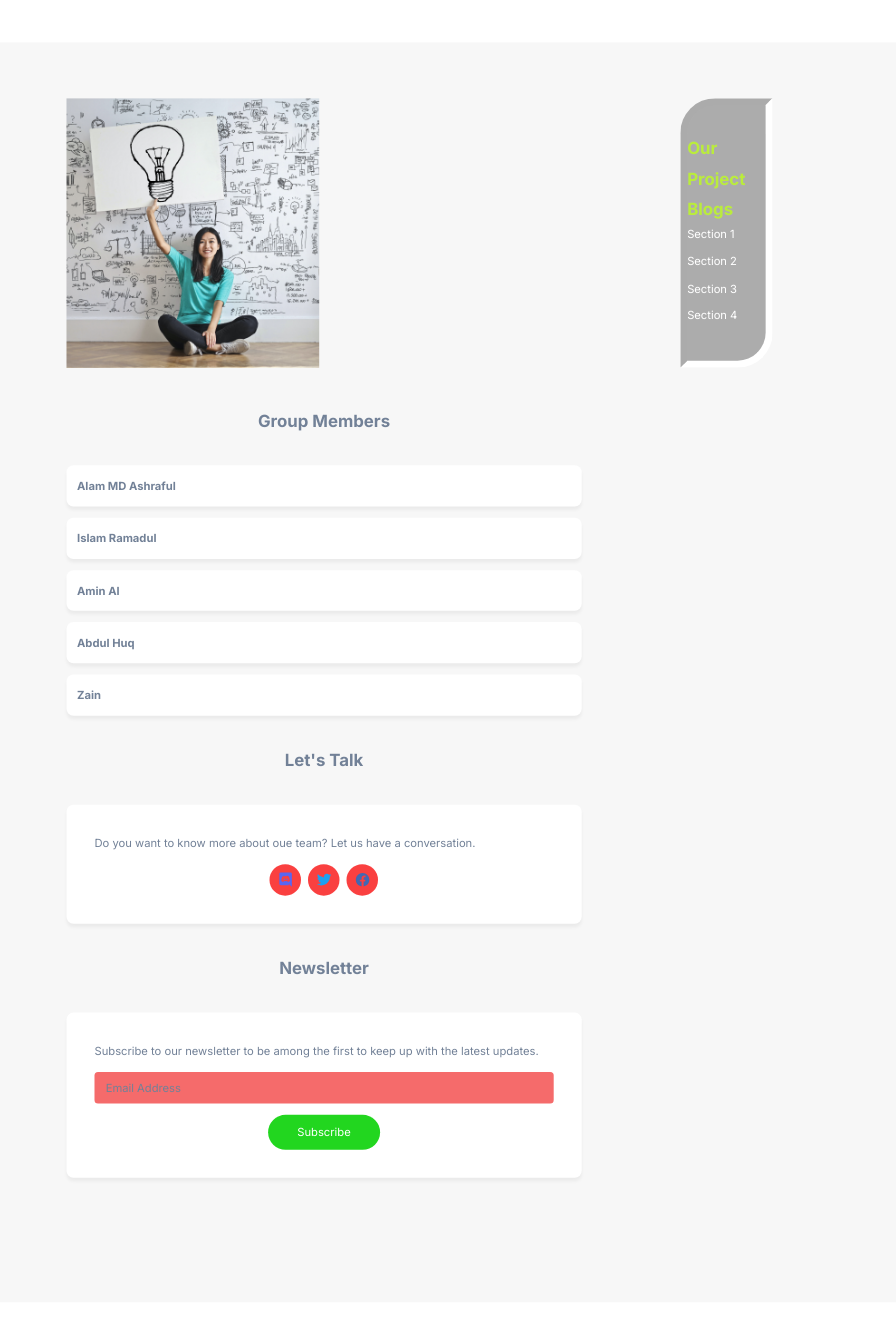
Repository: ramizraaz/zjuTeam
Page: main.html
The author's editor kept a copy of each file at every save. The page is drawn from the files as they stood at one save, then again after the next save.
The browser window is 1280 px wide. The pictures show the part of the page from y = 492 to 2392 px (the page is 2736 px tall before and 2435 px after), at 70% of full size.
A picture or video elsewhere on the page could not be fetched, so the positions and the page height are approximate.

Above is the page before, as saved 2023-10-22 21:35:56.

### main.html
<!DOCTYPE html>
<html lang="en">

<head>
    <meta charset="UTF-8">
    <meta http-equiv="X-UA-Compatible" content="IE=edge">
    <meta name="viewport" content="width=device-width, initial-scale=1.0">
    <title>Team IDE at Zju,NB</title>


    <!--custom css link -->
    <link rel="stylesheet" href="main.css">

    <!-- google font link -->
    <link rel="preconnect" href="https://fonts.googleapis.com">
    <link rel="preconnect" href="https://fonts.gstatic.com" crossorigin>
    <link href="https://fonts.googleapis.com/css2?family=Inter:wght@400;500;600;700;900&display=swap" rel="stylesheet">
</head>

<body class="light-theme">

    <!--#HEADER -->
    <header>

        <div class="container">

            <nav class="navbar">

                <a href="#">
                    <img src="img/teamLogo.png" alt="Team LoGo" width="150" height="80" class="logo-light">
                    <img src="img/teamLogo.png" alt="Team logo" width="150" height="80" class="logo-dark">
                </a>

                <div class="btn-group">

                    <button class="theme-btn theme-btn-mobile light">
            <ion-icon name="moon" class="moon"></ion-icon>
            <ion-icon name="sunny" class="sun"></ion-icon>
          </button>

                    <button class="nav-menu-btn">
            <ion-icon name="menu-outline"></ion-icon>
          </button>

                </div>

                <div class="flex-wrapper">

                    <ul class="desktop-nav">

                        <li>
                            <a href="#" class="nav-link">Home</a>
                        </li>

                        <li>
                            <a href="#" class="nav-link">About US</a>
                        </li>

                        <li>
                            <a href="#" class="nav-link">Contact US</a>
                        </li>

                    </ul>

                    <button class="theme-btn theme-btn-desktop light">
            <ion-icon name="moon" class="moon"></ion-icon>
            <ion-icon name="sunny" class="sun"></ion-icon>
          </button>

                </div>

                <div class="mobile-nav">

                    <button class="nav-close-btn">
            <ion-icon name="close-outline"></ion-icon>
          </button>

                    <div class="wrapper">

                        <p class="h3 nav-title">Main Menu</p>

                        <ul>
                            <li class="nav-item">
                                <a href="#" class="nav-link">Home</a>
                            </li>

                            <li class="nav-item">
                                <a href="#" class="nav-link">About Me</a>
                            </li>

                            <li class="nav-item">
                                <a href="#" class="nav-link">Contact</a>
                            </li>
                        </ul>

                    </div>
                </div>

            </nav>

        </div>

    </header>





    <main>

        <!--
      - #HERO SECTION
    -->

        <div class="hero">

            <div class="container">

                <div class="left">

                    <h1 class="h1">
                        Hi, We're <b>IDE&nbsp;Team</b>.
                        <br>at Zju,NB
                    </h1>

                    <p class="h3">
                        Your problems <abbr title="Accessibility">is</abbr> our opportunity
                    </p>

                    <div class="btn-group">
                        <a href="#" class="btn btn-primary">Contact us</a>
                        <a href="#" class="btn btn-secondary">About us</a>
                    </div>

                </div>

                <div class="right">

                    <div class="pattern-bg"></div>
                    <div class="img-box">
                        <img src="img/teamPhoto.jpg" alt="Group Photo" class="hero-img">
                    </div>

                </div>

            </div>

        </div>





        <div class="main">

            <div class="container">

                <!-- BLOG SECTION -->
                <div class="blog-banner-img"></div>
                <div class="blog-banner-text">
                    <h2 class="h2">Our Project Blogs</h2>
                    <aside class="navigationLeft">
                        <ul>
                            <li><a href="#section1">Section 1</a></li>
                            <li><a href="#section2">Section 2</a></li>
                            <li><a href="#section3">Section 3</a></li>
                            <li><a href="#section4">Section 4</a></li>
                        </ul>
                    </aside>
                </div>


                <!--- ASIDE -->
                <div class="aside">

                    <div class="topics">

                        <h2 class="h2">Group Members</h2>

                        <a href="https://ashraful756.github.io/Ashraful_Profile/" target="_blank" class="topic-btn">
                            <p>Alam MD Ashraful</p>
                        </a>
                        <a href="https://ramizraaz.github.io/ZjuProtfolio/" target="_blank" class="topic-btn">
                            <p>Islam Ramadul</p>
                        </a>
                        <a href="https://aminal333.github.io/alamin_bio/" target="_blank" class="topic-btn">
                            <p>Amin Al</p>
                        </a>
                        <a href="https://abdulhaq2.github.io/DIGITAL-INDUSTRIAL-DESIGN-REVOLUTION/" target="_blank" class="topic-btn">
                            <p>Abdul Huq</p>
                        </a>
                        <a href="#" class="topic-btn">
                            <p>Zain</p>
                        </a>
                    </div>
                    <div class="contact">

                        <h2 class="h2">Let's Talk</h2>

                        <div class="wrapper">

                            <p>
                                Do you want to know more about oue team? Let us have a conversation.
                            </p>

                            <ul class="social-link">

                                <li>
                                    <a href="#" class="icon-box discord">
                                        <ion-icon name="logo-discord"></ion-icon>
                                    </a>
                                </li>

                                <li>
                                    <a href="#" class="icon-box twitter">
                                        <ion-icon name="logo-twitter"></ion-icon>
                                    </a>
                                </li>

                                <li>
                                    <a href="#" class="icon-box facebook">
                                        <ion-icon name="logo-facebook"></ion-icon>
                                    </a>
                                </li>

                            </ul>

                        </div>

                    </div>

                    <div class="newsletter">

                        <h2 class="h2">Newsletter</h2>

                        <div class="wrapper">

                            <p>
                                Subscribe to our newsletter to be among the first to keep up with the latest updates.
                            </p>

                            <form action="#">
                                <input type="email" name="email" placeholder="Email Address" required>

                                <button type="submit" class="btn btn-primary">Subscribe</button>
                            </form>

                        </div>

                    </div>

                </div>

            </div>

        </div>

    </main>





    <!--
    - #FOOTER
  -->

    <footer>

        <div class="container">

            <div class="wrapper">

                <a href="#" class="footer-logo">
                    <img src="img/teamLogo.png" alt="Team Logo" width="150" height="60" class="logo-light">
                    <img src="img/teamLogo.png" alt="Team Logo" width="150" height="60" class="logo-dark">
                </a>

                <p class="footer-text">
                    Learn about Web accessibility, Web performance, and Database management.
                </p>

            </div>

            <div class="wrapper">

                <p class="footer-title">Quick Links</p>

                <ul>

                    <li>
                        <a href="#" class="footer-link">Advertise with us</a>
                    </li>

                    <li>
                        <a href="#" class="footer-link">About Us</a>
                    </li>

                    <li>
                        <a href="#" class="footer-link">Contact Us</a>
                    </li>

                </ul>

            </div>

            <div class="wrapper">

                <p class="footer-title">Legal Stuff</p>

                <ul>

                    <li>
                        <a href="#" class="footer-link">Privacy Notice</a>
                    </li>

                    <li>
                        <a href="#" class="footer-link">Cookie Policy</a>
                    </li>

                    <li>
                        <a href="#" class="footer-link">Terms Of Use</a>
                    </li>

                </ul>

            </div>

        </div>

        <p class="copyright">
            &copy; Copyright 2023 <a href="https://github.com/NexMaker-Fab/2023zjudem-team2" target="_blank">IDE at Zju,NB</a>
        </p>

    </footer>





    <!--
    - custom js link
  -->
    <script src="js/script.min.js"></script>

    <!--
    - ionicon link
  -->
    <script type="module" src="https://unpkg.com/ionicons@5.5.2/dist/ionicons/ionicons.esm.js"></script>
    <script nomodule src="https://unpkg.com/ionicons@5.5.2/dist/ionicons/ionicons.js"></script>
</body>

</html>

Loaded but not shown: js/script.min.js (common file); main.css (946 lines, source omitted)

After the next save:
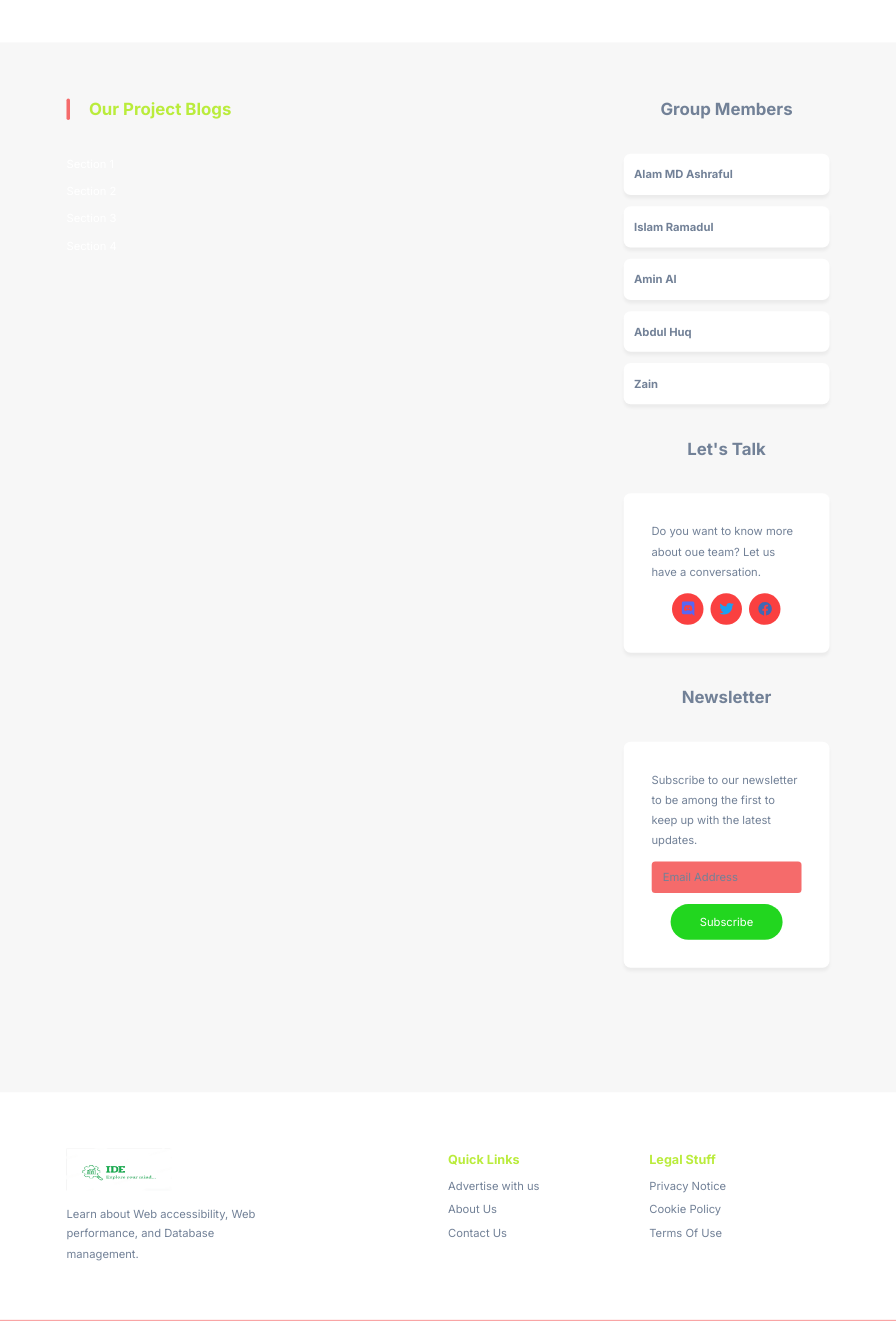
Saved 43 s later.
--- a/main.html
+++ b/main.html
@@ -156,8 +156,8 @@
             <div class="container">
 
                 <!-- BLOG SECTION -->
-                <div class="blog-banner-img"></div>
-                <div class="blog-banner-text">
+                <div class="blog">
+
                     <h2 class="h2">Our Project Blogs</h2>
                     <aside class="navigationLeft">
                         <ul>
@@ -167,8 +167,8 @@
                             <li><a href="#section4">Section 4</a></li>
                         </ul>
                     </aside>
-                </div>
-
+
+                </div>
 
                 <!--- ASIDE -->
                 <div class="aside">
